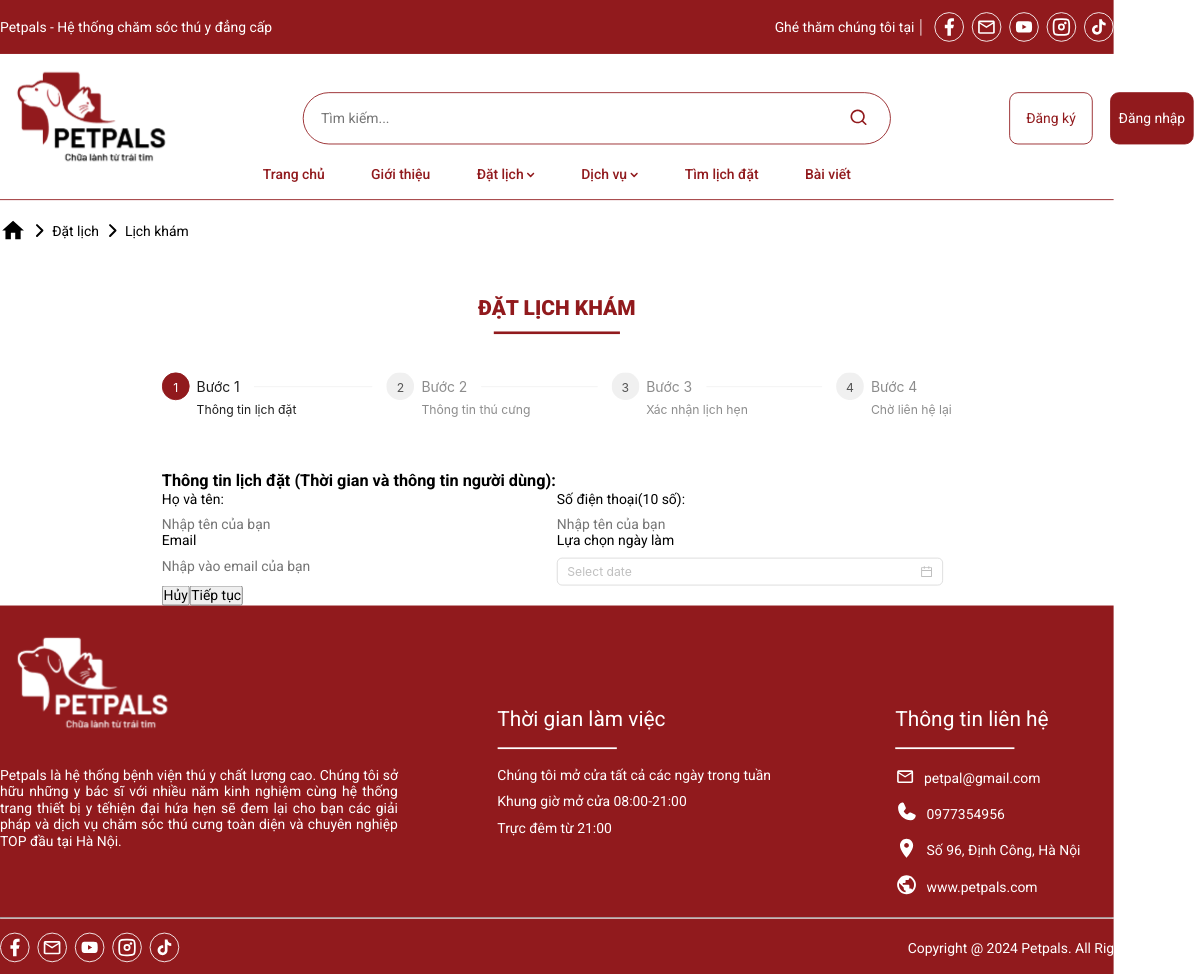
Repository: ahntrung1909/Petpals
Page: /dat-lich/kham-benh (app in petpals-user-main/)
The author's editor kept a copy of each file at every save. The page is drawn from the files as they stood at one save, then again after the next save.
The browser window is 1280 px wide. The page is 1372 px wide, so the pictures cover 1372 px, including what lies to the right of the window. The pictures show the whole page, at 87% of full size.
The project was rebuilt for these pictures with package versions that can differ from the ones it lists, and the page was loaded fresh each time. The framework's server and built-in components were replaced by stand-ins that run in the browser. Also part of the build but not shown: petpals-user-main/next.config.js, petpals-user-main/next.config.mjs.

Above is the page before, as saved 2024-04-10 22:55:01.

After the next save:
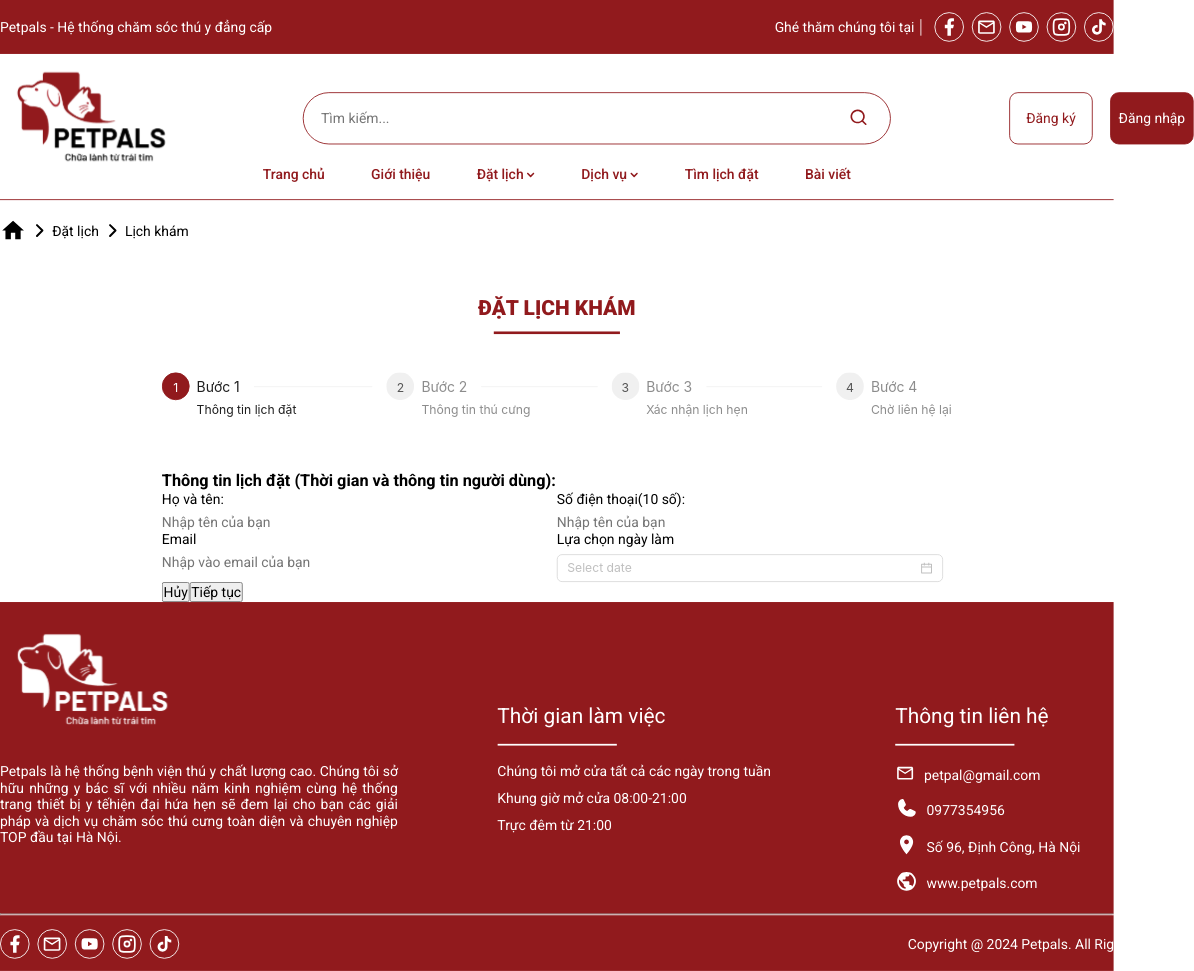
Saved 7 s later.
--- a/petpals-user-main/src/app/dat-lich/kham-benh/style.scss
+++ b/petpals-user-main/src/app/dat-lich/kham-benh/style.scss
@@ -21,7 +21,7 @@
     width: 444px;
     display: flex;
     flex-direction: column;
-    gap: 10px;
+    gap: 8px;
     input {
       width: 100%;
     }
